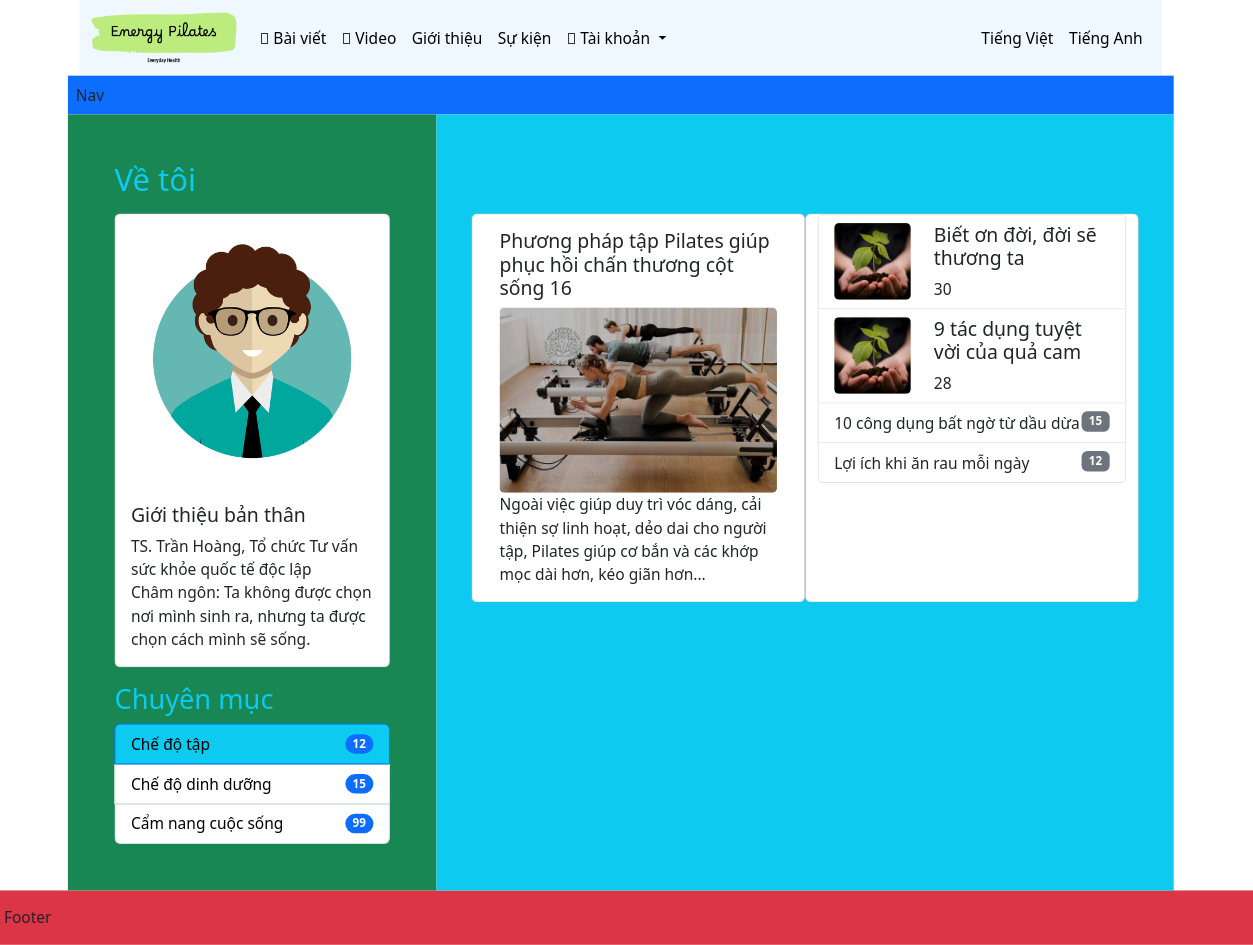
Repository: KizukoHeiwa/SOF308
Page: Lab1/index.html
An editor plug-in stored every save of this project. The page is shown before and after the next save, followed by the edit.
The browser window is 1280 px wide. The page is 1292 px wide, so the pictures cover 1292 px, including what lies to the right of the window. The pictures show the whole page, at 97% of full size.

Above is the page before, as saved 2024-10-31 10:37:48.

After the next save:
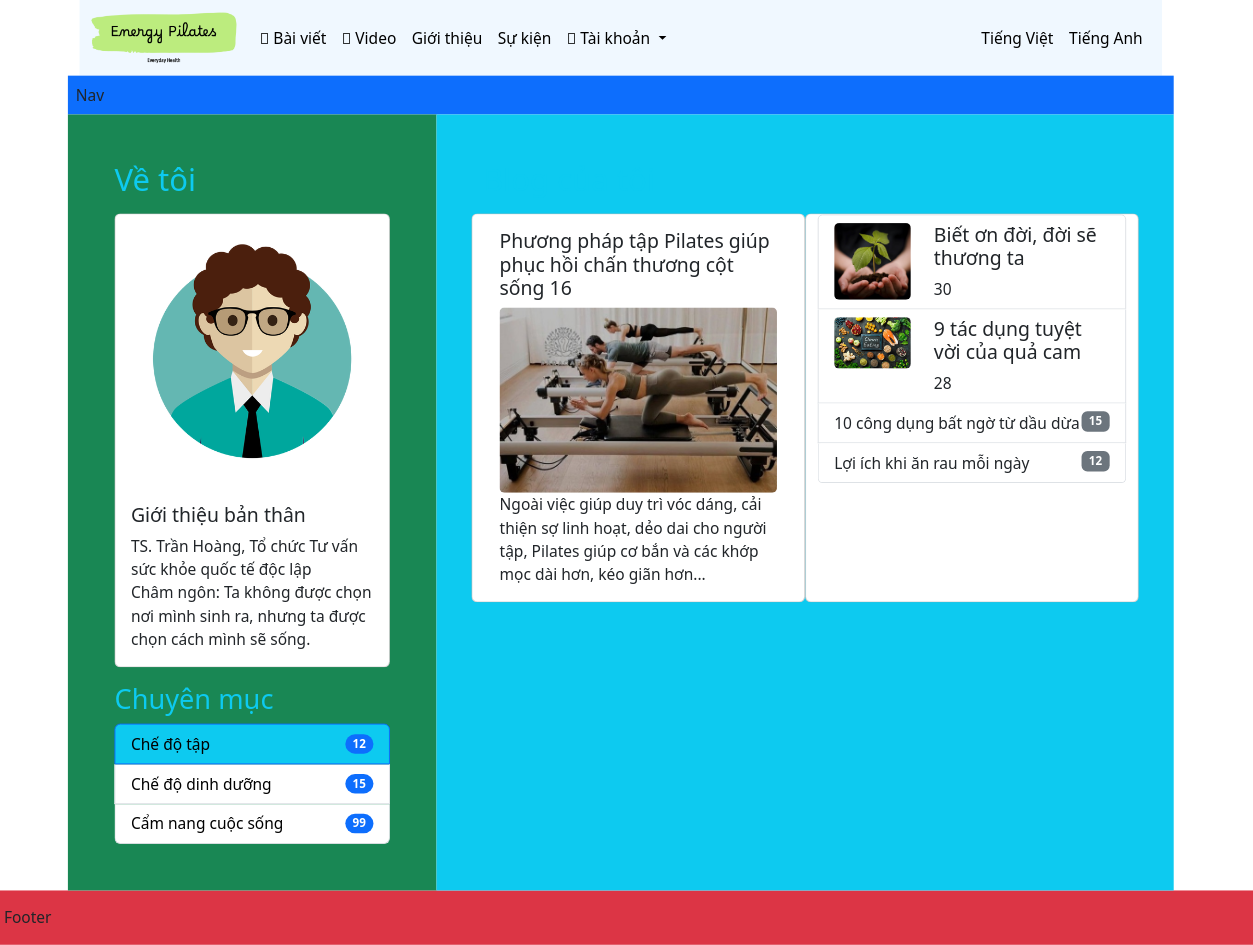
Saved 8 s later.
--- a/Lab1/index.html
+++ b/Lab1/index.html
@@ -128,7 +128,7 @@
                                 <li class="list-group-item d-flex justify-content-between align-items-start">
                                     <div class="row">
                                         <div class="col-4">
-                                            <img src="img/corevalue.jpg" alt="" class="card-img">
+                                            <img src="img/eat-clean.png" alt="" class="card-img">
                                         </div>
                                         <div class="col-8">
                                             <h5>9 tác dụng tuyệt vời của quả cam</h5>
